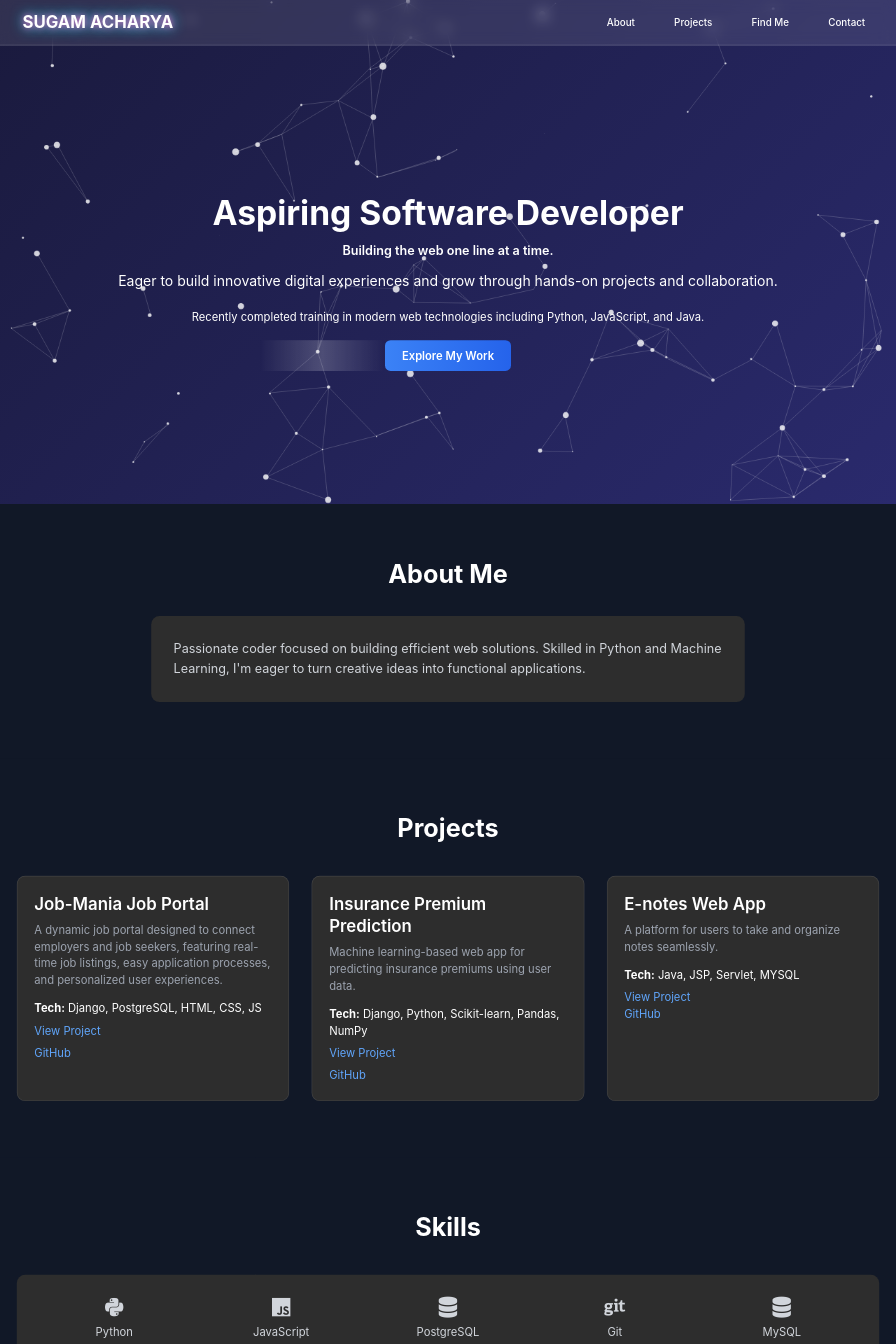
Repository: Sugaam0/Portfolio
Page: portfolio/home/templates/home/index.html
An editor plug-in stored every save of this project. The page is shown before and after the next save, followed by the edit.
The browser window is 1280 px wide. The pictures show the part of the page from y = 0 to 1920 px (the page is 3234 px tall), at 70% of full size.
The template is drawn by Django 5.2. The application's start-up code is not run. Other server files are loaded and not shown. The template is opened directly, without the code that normally fills it, so the values that code supplies are empty.

Above is the page before, as saved 2025-05-09 17:54:58.

### portfolio/home/templates/home/index.html
{% load static %}
<!DOCTYPE html>
<html lang="en">
<head>
  <meta charset="UTF-8" />
  <meta name="viewport" content="width=device-width, initial-scale=1.0"/>
  <title>| Sugam Acharya |</title>
  <link href="https://cdn.jsdelivr.net/npm/tailwindcss@2.2.19/dist/tailwind.min.css" rel="stylesheet"/>
  <link rel="stylesheet" href="https://cdnjs.cloudflare.com/ajax/libs/font-awesome/6.0.0-beta3/css/all.min.css"/>
  <link rel="stylesheet" href="{% static 'css/style.css' %}">
</head>
{% comment %} <body class="antialiased scroll-smooth"> {% endcomment %}
<body class="bg-gray-900 text-white">
  <canvas id="particles"></canvas>
{% include 	"home/navbar.html" %}
<!-- Hero Section -->
<section id="home" class="min-h-screen flex items-center justify-center pt-20">
  <div class="container mx-auto px-6 text-center">
    <h1 class="text-5xl font-bold mb-4">Aspiring Software Developer</h1>
    <p class="text-lg text-accent mb-4">
      <span id="typed-text" class="font-semibold">Building the web one line at a time.</span>
    </p>
    <p class="text-xl text-secondary mb-6">
      Eager to build innovative digital experiences and grow through hands-on projects and collaboration.
    </p>
    <p class="text-md text-secondary mb-8">
      Recently completed training in modern web technologies including Python, JavaScript, and Java.
    </p>
    <a href="#projects" class="btn-accent px-6 py-3 rounded-lg font-semibold">Explore My Work</a>
  </div>
</section>

<!-- About Section -->
<section id="about" class="py-20">
  <div class="container mx-auto px-6 max-w-4xl">
    <h2 class="text-4xl font-bold text-center mb-10">About Me</h2>
    <div class="section-bg p-8">
      <p class="text-lg leading-relaxed text-gray-300">
        Passionate coder focused on building efficient web solutions. Skilled in Python and Machine Learning, I'm eager to turn creative ideas into functional applications.
      </p>
    </div>
  </div>
</section>

<!-- Projects -->
<section id="projects" class="py-20 bg-gray-900">
    <div class="container mx-auto px-6">
      <h2 class="text-4xl font-bold text-center mb-12">Projects</h2>
      <div class="grid grid-cols-1 sm:grid-cols-2 lg:grid-cols-3 gap-8">
        <!-- Project Cards -->
        <div class="project-card section-bg p-6">
          <h3 class="text-2xl font-semibold mb-2">Job-Mania Job Portal</h3>
          <p class="text-gray-400 mb-4">A dynamic job portal designed to connect employers and job seekers, featuring real-time job listings, easy application processes, and personalized user experiences.</p>
          <p><strong>Tech:</strong> Django, PostgreSQL, HTML, CSS, JS</p>
          <a href="#" class="text-blue-400 hover:underline mt-2 inline-block">View Project</a><br>
          <a href="https://github.com/Sugaam0/JobMania-JobPortal" class="text-blue-400 hover:underline mt-2 inline-block" target="_blank">GitHub</a>
        </div>
        <div class="project-card section-bg p-6">
          <h3 class="text-2xl font-semibold mb-2">Insurance Premium Prediction</h3>
          <p class="text-gray-400 mb-4">Machine learning-based web app for predicting insurance premiums using user data.</p>
          <p><strong>Tech:</strong> Django, Python, Scikit-learn, Pandas, NumPy</p>
          <a href="#" class="text-blue-400 hover:underline mt-2 inline-block">View Project</a><br>
          <a href="https://github.com/Sugaam0/insurance-Premium-Prediction" class="text-blue-400 hover:underline mt-2 inline-block" target="_blank">GitHub</a>

        </div>
        <div class="project-card section-bg p-6">
            <h3 class="text-2xl font-semibold mb-2">E-notes Web App</h3>
            <p class="text-gray-400 mb-4">A platform for users to take and organize notes seamlessly.</p>
            <p><strong>Tech:</strong> Java, JSP, Servlet, MYSQL</p>
            <div class="mt-2">
                <a href="#" class="text-blue-400 hover:underline inline-block mr-4">View Project</a><br>
                <a href="https://github.com/Sugaam0/ProjectFinal-Online-Notepad" class="text-blue-400 hover:underline inline-block" target="_blank">GitHub</a>
            </div>
        </div>
      </div>
    </div>
  </section>


<!-- Skills -->
<section id="skills" class="py-20">
    <div class="container mx-auto px-6">
      <h2 class="text-4xl font-bold text-center mb-12">Skills</h2>
      <div class="section-bg p-8 grid grid-cols-2 md:grid-cols-5 gap-6 text-center text-gray-300">
        <div><i class="fab fa-python text-3xl mb-2 icon-hover"></i><p>Python</p></div>
        <div><i class="fab fa-js text-3xl mb-2 icon-hover"></i><p>JavaScript</p></div>
        <div><i class="fas fa-database text-3xl mb-2 icon-hover"></i><p>PostgreSQL</p></div>
        <div><i class="fab fa-git text-3xl mb-2 icon-hover"></i><p>Git</p></div>
        <div><i class="fas fa-database text-3xl mb-2 icon-hover"></i><p>MySQL</p></div>
        <div><i class="fas fa-chart-line text-3xl mb-2 icon-hover"></i><p>Data Science</p></div>
        <div><i class="fas fa-brain text-3xl mb-2 icon-hover"></i><p>Machine Learning</p></div>
        <div><i class="fab fa-python text-3xl mb-2 icon-hover"></i><p>Anaconda</p></div>
      </div>
    </div>
  </section>

  <section id="findme" class="py-20 bg-gray-800">
    <div class="container mx-auto px-6 text-center">
      <h2 class="text-4xl font-bold text-white mb-8">Find Me Online</h2>
      <p class="text-gray-400 text-lg mb-6">Let’s connect, collaborate, and grow together!</p>

      <div class="flex justify-center gap-6 text-3xl">
        <a href="https://github.com/Sugaam0" target="_blank" class="text-white hover:text-gray-400 transition-transform transform hover:scale-110">
          <i class="fab fa-github"></i>
        </a>
        <a href="https://www.linkedin.com/in/sugamacharya/" target="_blank" class="text-blue-500 hover:text-blue-300 transition-transform transform hover:scale-110">
          <i class="fab fa-linkedin"></i>
        </a>
        <a href="https://twitter.com/your_twitter" target="_blank" class="text-blue-400 hover:text-blue-200 transition-transform transform hover:scale-110">
          <i class="fab fa-twitter"></i>
        </a>
      </div>
    </div>
  </section>


<!-- Contact Section -->
<section id="contact" class="py-20 bg-gray-900">
  <div class="container mx-auto px-6">
    <h2 class="text-4xl font-bold text-center mb-12">Let's Connect</h2>
    <div class="contact-form p-8 max-w-lg mx-auto rounded-xl">
      <form action="{% url 'contact' %}" method="POST">
        {% csrf_token %}
        <div class="mb-6 relative">
          <input type="text" id="name" name="name" class="form-input w-full p-3 rounded-lg peer" placeholder=" " required>
          <label for="name" class="form-label absolute left-2 top-2 text-secondary">Your Name</label>
        </div>
        <div class="mb-6 relative">
          <input type="email" id="email" name="email" class="form-input w-full p-3 rounded-lg peer" placeholder=" " required>
          <label for="email" class="form-label absolute left-2 top-2 text-secondary">Your Email</label>
        </div>
        <div class="mb-6 relative">
          <textarea id="message" name="message" rows="5" class="form-input w-full p-3 rounded-lg peer" placeholder=" " required></textarea>
          <label for="message" class="form-label absolute left-3 top-2 text-secondary">Your Message</label>
        </div>
        <button type="submit" class="btn-accent w-full py-3 rounded-lg font-semibold flex items-center justify-center gap-2">
          <i class="fas fa-paper-plane"></i> Send Message
        </button>
      </form>
    </div>
  </div>
</section>

<!-- Find Me Section -->


<!-- Footer -->
{% include "home/footer.html" %}
</body>

<script>
        // Particle animation
        const canvas = document.getElementById('particles');
        const ctx = canvas.getContext('2d');
        canvas.width = window.innerWidth;
        canvas.height = window.innerHeight;

        let particlesArray = [];
        const numberOfParticles = 100;

        class Particle {
            constructor() {
                this.x = Math.random() * canvas.width;
                this.y = Math.random() * canvas.height;
                this.size = Math.random() * 5 + 1;
                this.speedX = Math.random() * 3 - 1.5;
                this.speedY = Math.random() * 3 - 1.5;
            }

            update() {
                this.x += this.speedX;
                this.y += this.speedY;

                if (this.size > 0.2) this.size -= 0.1;

                if (this.x < 0 || this.x > canvas.width) this.speedX *= -1;
                if (this.y < 0 || this.y > canvas.height) this.speedY *= -1;
            }

            draw() {
                ctx.fillStyle = 'rgba(255, 255, 255, 0.8)';
                ctx.beginPath();
                ctx.arc(this.x, this.y, this.size, 0, Math.PI * 2);
                ctx.fill();
            }
        }

        function init() {
            for (let i = 0; i < numberOfParticles; i++) {
                particlesArray.push(new Particle());
            }
        }

        function animate() {
            ctx.clearRect(0, 0, canvas.width, canvas.height);
            for (let i = 0; i < particlesArray.length; i++) {
                particlesArray[i].update();
                particlesArray[i].draw();

                for (let j = i; j < particlesArray.length; j++) {
                    const dx = particlesArray[i].x - particlesArray[j].x;
                    const dy = particlesArray[i].y - particlesArray[j].y;
                    const distance = Math.sqrt(dx * dx + dy * dy);

                    if (distance < 100) {
                        ctx.beginPath();
                        ctx.strokeStyle = 'rgba(255, 255, 255, 0.2)';
                        ctx.lineWidth = 1;
                        ctx.moveTo(particlesArray[i].x, particlesArray[i].y);
                        ctx.lineTo(particlesArray[j].x, particlesArray[j].y);
                        ctx.stroke();
                    }
                }

                if (particlesArray[i].size <= 0.2) {
                    particlesArray.splice(i, 1);
                    i--;
                    particlesArray.push(new Particle());
                }
            }
            requestAnimationFrame(animate);
        }

        init();
        animate();

        window.addEventListener('resize', () => {
            canvas.width = window.innerWidth;
            canvas.height = window.innerHeight;
        });

        // Mobile menu toggle
        const mobileMenuBtn = document.getElementById('mobile-menu-btn');
        const mobileMenu = document.getElementById('mobile-menu');

        mobileMenuBtn.addEventListener('click', () => {
            mobileMenu.classList.toggle('hidden');
        });
    </script>
</html>

### portfolio/home/templates/home/navbar.html
<!-- Navbar -->
{% comment %} <nav class="navbar fixed top-0 w-full z-50">
    <div class="container mx-auto px-6 py-5 flex justify-between items-center">
      <a href="{% url 'index' %}" class="logo text-white">Sugam Acharya</a>
      <div class="space-x-6 text-sm font-medium">
        <a href="#about" class="nav-link">About</a>
        <a href="#projects" class="nav-link">Projects</a>
        <a href="#skills" class="nav-link">Skills</a>
        <a href="#findme" class="nav-link">Find me</a>
        <a href="#contact" class="nav-link">Contact</a>

      </div>
    </div>
  </nav> {% endcomment %}
  <nav class="glass-nav fixed top-0 w-full z-50">
        <div class="max-w-7xl mx-auto px-4 sm:px-6 lg:px-8">
            <div class="flex justify-between items-center h-16">
                <!-- Logo -->
                <div class="flex-shrink-0">
                    <a href="{% url 'index' %}" class="text-2xl font-bold neon-text">SUGAM ACHARYA</a>
                </div>

                <!-- Menu Items -->
                <div class="hidden md:flex space-x-8">
                    <a href="#about" class="nav-item px-3 py-2 text-sm font-medium hover:text-pink-400">About</a>
                    <a href="#projects" class="nav-item px-3 py-2 text-sm font-medium hover:text-pink-400">Projects</a>
                    <a href="#findme" class="nav-item px-3 py-2 text-sm font-medium hover:text-pink-400">Find Me</a>
                    <a href="#contact" class="nav-item px-3 py-2 text-sm font-medium hover:text-pink-400">Contact</a>
                </div>
                <!-- Mobile Menu Button -->
                <div class="md:hidden">
                    <button id="mobile-menu-btn" class="p-2 rounded-md focus:outline-none">
                        <svg class="h-6 w-6" fill="none" stroke="currentColor" viewBox="0 0 24 24">
                            <path stroke-linecap="round" stroke-linejoin="round" stroke-width="2" d="M4 6h16M4 12h16m-7 6h7" />
                        </svg>
                    </button>
                </div>
            </div>
        </div>

        <!-- Mobile Menu -->
        <div id="mobile-menu" class="hidden md:hidden bg-gray-800">
            <div class="px-2 pt-2 pb-3 space-y-1 sm:px-3">
                <a href="#" class="block px-3 py-2 text-base font-medium hover:bg-gray-700">Home</a>
                <a href="#" class="block px-3 py-2 text-base font-medium hover:bg-gray-700">About</a>
                <a href="#" class="block px-3 py-2 text-base font-medium hover:bg-gray-700">Services</a>
                <a href="#" class="block px-3 py-2 text-base font-medium hover:bg-gray-700">Contact</a>
                <a href="#" class="block px-3 py-2 text-base font-medium text-white bg-gradient-to-r from-pink-500 to-cyan-500 rounded-md">Get Started</a>
            </div>
        </div>
    </nav>

### portfolio/home/templates/home/footer.html
<footer class="bg-gray-800 py-6">
    <div class="container mx-auto px-6 text-center text-gray-400">
      <p>© 2025 Sugam Acharya. All rights reserved.</p>
      <div class="flex justify-center space-x-6 mt-4">
        <a href="https://github.com/Sugaam0" class="icon-hover" target="_blank"><i class="fab fa-github text-2xl"></i></a>
        <a href="https://www.linkedin.com/in/sugam-acharya-b1059a23b/" class="icon-hover" target="_blank"><i class="fab fa-linkedin text-2xl"></i></a>
        <a href="https://x.com/gaam_su" class="icon-hover" target="_blank"><i class="fab fa-twitter text-2xl"></i></a>
      </div>
    </div>
  </footer>

### portfolio/home/static/css/style.css
@import url('https://fonts.googleapis.com/css2?family=Poppins:wght@300;400;500;600&display=swap');

:root {
    --bg-primary: #1a1a1a;
    --bg-secondary: #2d2d2d;
    --text-primary: #e0e0e0;
    --text-secondary: #a0a0a0;
    --accent: #3b82f6;
    --accent-dark: #2563eb;
  }


  body {
    background-color: var(--bg-primary);
    color: var(--text-primary);
    font-family: 'Inter', sans-serif;
  }
  .glass-nav {
            background: rgba(255, 255, 255, 0.1);
            backdrop-filter: blur(10px);
            border-bottom: 1px solid rgba(255, 255, 255, 0.2);
        }

        .nav-item {
            position: relative;
            transition: all 0.3s ease;
        }

        .nav-item:hover::after {
            content: '';
            position: absolute;
            bottom: -2px;
            left: 0;
            width: 100%;
            height: 2px;
            background: linear-gradient(90deg, #ff6bcb, #00f4ff);
            animation: glow 1.5s infinite;
        }

        @keyframes glow {
            0% { box-shadow: 0 0 5px #ff6bcb; }
            50% { box-shadow: 0 0 20px #00f4ff; }
            100% { box-shadow: 0 0 5px #ff6bcb; }
        }

        /* Particle animation background */
        #particles {
            position: fixed;
            top: 0;
            left: 0;
            width: 100%;
            height: 100%;
            z-index: -1;
            background: linear-gradient(135deg, #1a1a3d, #2a2a6d);
        }

        /* Custom hover effects for dropdown */
        .dropdown-content {
            transform: translateY(-10px);
            opacity: 0;
            transition: all 0.3s ease;
        }

        .dropdown:hover .dropdown-content {
            transform: translateY(0);
            opacity: 1;
        }

        /* Neon glow effect */
        .neon-text {
            text-shadow: 0 0 10px #ff6bcb, 0 0 20px #00f4ff;
        }


   /* .navbar {
    background: linear-gradient(to bottom, var(--bg-secondary), rgba(45, 45, 45, 0.95));
    backdrop-filter: blur(8px);
    box-shadow: 0 2px 5px rgba(0, 0, 0, 0.3);
  }

  .nav-link {
    position: relative;
    padding-bottom: 0.25rem;
    transition: color 0.3s ease;
  }

  .nav-link::after {
    content: '';
    position: absolute;
    width: 0;
    height: 2px;
    bottom: 0;
    left: 0;
    background-color: var(--accent);
    transition: width 0.3s ease;
  }

  .nav-link:hover::after {
    width: 100%;
  }

  .nav-link:hover {
    color: var(--accent);
  } */

  .logo {
    font-size: 1.75rem;
    font-weight: 800;
    letter-spacing: 0.05em;
    transition: transform 0.3s ease, color 0.3s ease;
  }

  .logo:hover {
    transform: scale(1.05);
    color: var(--accent);
  }

  .section-bg {
    background-color: var(--bg-secondary);
    border-radius: 0.75rem;
    transition: background-color 0.3s ease;
  }

  .section-bg:hover {
    background-color: #353535;
  }

  .btn-accent {
    background: linear-gradient(to right, var(--accent), var(--accent-dark));
    color: white;
    position: relative;
    overflow: hidden;
    transition: background 0.3s ease;
  }

  .btn-accent::before {
    content: '';
    position: absolute;
    top: 0;
    left: -100%;
    width: 100%;
    height: 100%;
    background: linear-gradient(90deg, transparent, rgba(255, 255, 255, 0.2), transparent);
    transition: 0.5s;
  }

  .btn-accent:hover::before {
    left: 100%;
  }

  .btn-accent:hover {
    background: linear-gradient(to right, var(--accent-dark), var(--accent));
  }

  .project-card {
    transition: transform 0.3s ease, box-shadow 0.3s ease, border-color 0.3s ease;
    border: 1px solid rgba(255, 255, 255, 0.1);
  }

  .project-card:hover {
    transform: translateY(-6px);
    box-shadow: 0 6px 25px rgba(0, 0, 0, 0.6);
    border-color: var(--accent);
  }

  .icon-hover {
    transition: transform 0.3s ease, color 0.3s ease;
  }

  .icon-hover:hover {
    transform: scale(1.2);
    color: var(--accent);
  }

  /* Enhanced Contact Form Styles */
      .contact-form {
          background: linear-gradient(145deg, var(--bg-secondary), #252525);
          border: 1px solid rgba(59, 130, 246, 0.3);
          box-shadow: 0 4px 15px rgba(0, 0, 0, 0.5);
          position: relative;
          overflow: hidden;
      }

      .contact-form::before {
          content: '';
          position: absolute;
          top: 0;
          left: 0;
          width: 100%;
          height: 100%;
          background: radial-gradient(circle at 10% 20%, rgba(59, 130, 246, 0.2) 0%, transparent 50%);
          pointer-events: none;
      }

      .form-input {
          background-color: #1f1f1f;
          border: 1px solid rgba(255, 255, 255, 0.1);
          transition: border-color 0.3s ease, box-shadow 0.3s ease;
      }

      .form-input:focus {
          border-color: var(--accent);
          box-shadow: 0 0 8px rgba(59, 130, 246, 0.3);
          outline: none;
      }

      .form-label {
          transition: color 0.3s ease;
      }

      .form-input:focus + .form-label,
      .form-input:not(:placeholder-shown) + .form-label {
          color: var(--accent);
          transform: translateY(-1.5rem);
          font-size: 0.8rem;
      }

      ::selection {
          background: var(--accent);
          color: white;
      }

After the next save:
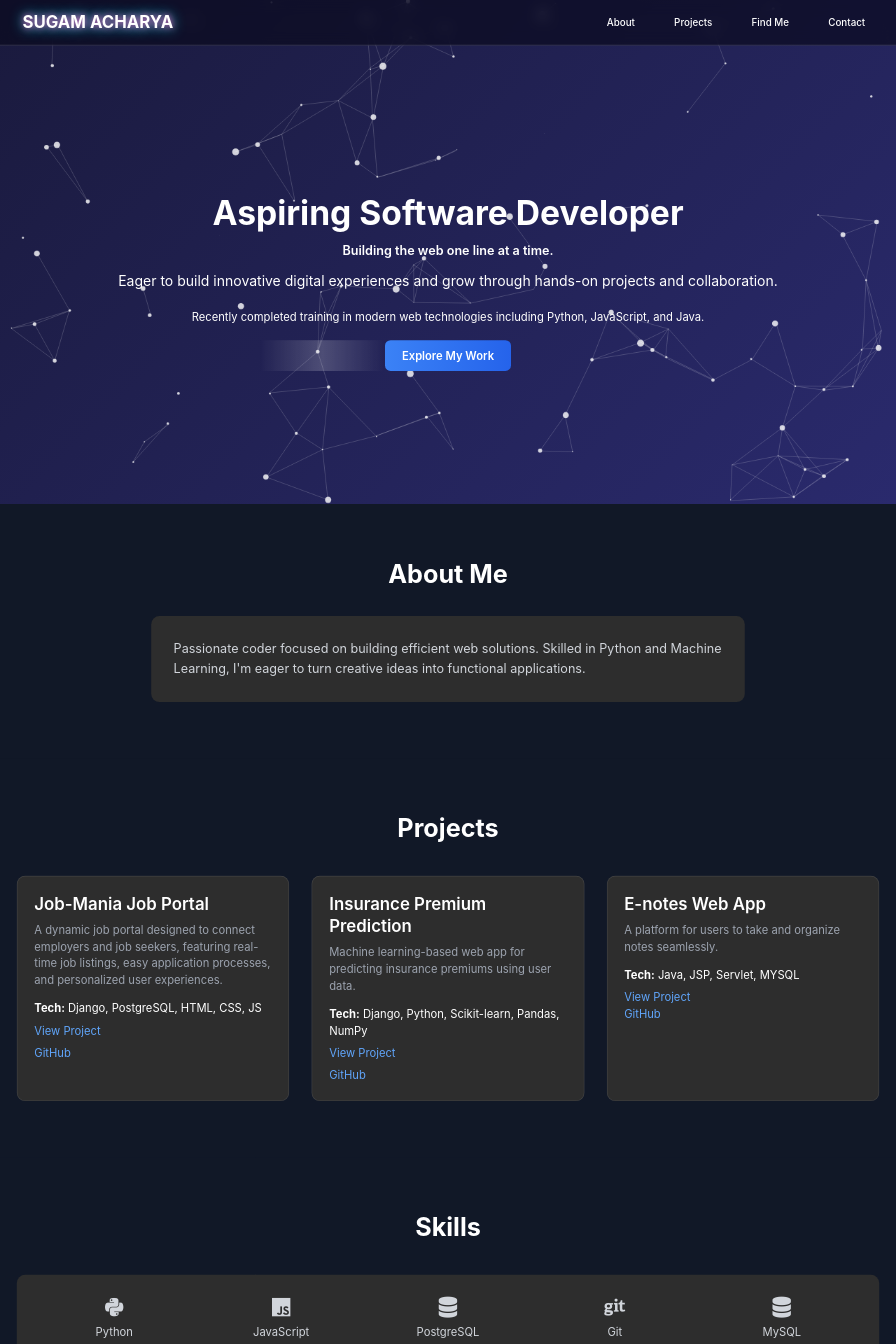
Saved 2 min 43 s later.
--- a/portfolio/home/static/css/style.css
+++ b/portfolio/home/static/css/style.css
@@ -15,10 +15,10 @@
     color: var(--text-primary);
     font-family: 'Inter', sans-serif;
   }
-  .glass-nav {
-            background: rgba(255, 255, 255, 0.1);
+ .glass-nav {
+            background: rgba(10, 10, 31, 0.7);
             backdrop-filter: blur(10px);
-            border-bottom: 1px solid rgba(255, 255, 255, 0.2);
+            border-bottom: 1px solid rgba(209, 213, 219, 0.2);
         }
 
         .nav-item {
@@ -33,7 +33,7 @@
             left: 0;
             width: 100%;
             height: 2px;
-            background: linear-gradient(90deg, #ff6bcb, #00f4ff);
+            background: linear-gradient(90deg, #22d3ee, #60a5fa);
             animation: glow 1.5s infinite;
         }
 
